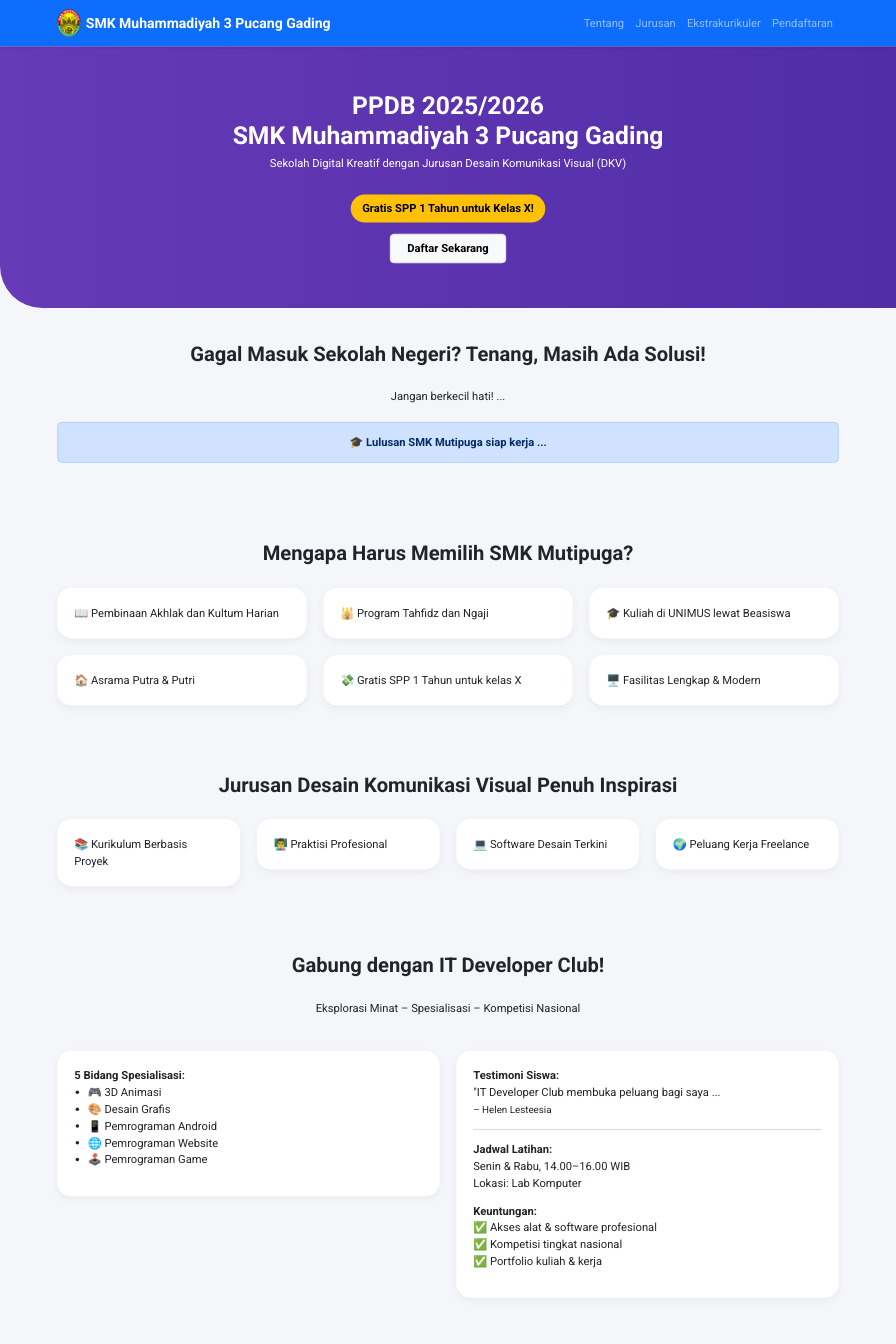
Repository: ppdbsmkmutipuga/ppdbsmkmutipuga.github.io
Page: index.html
An editor plug-in stored every save of this project. The page is shown before and after the next save, followed by the edit.
The browser window is 1280 px wide. The pictures show the part of the page from y = 0 to 1920 px (the page is 2771 px tall before and 2763 px after), at 70% of full size.

Above is the page before, as saved 2025-06-29 02:55:42.
Not found: main.js

After the next save:
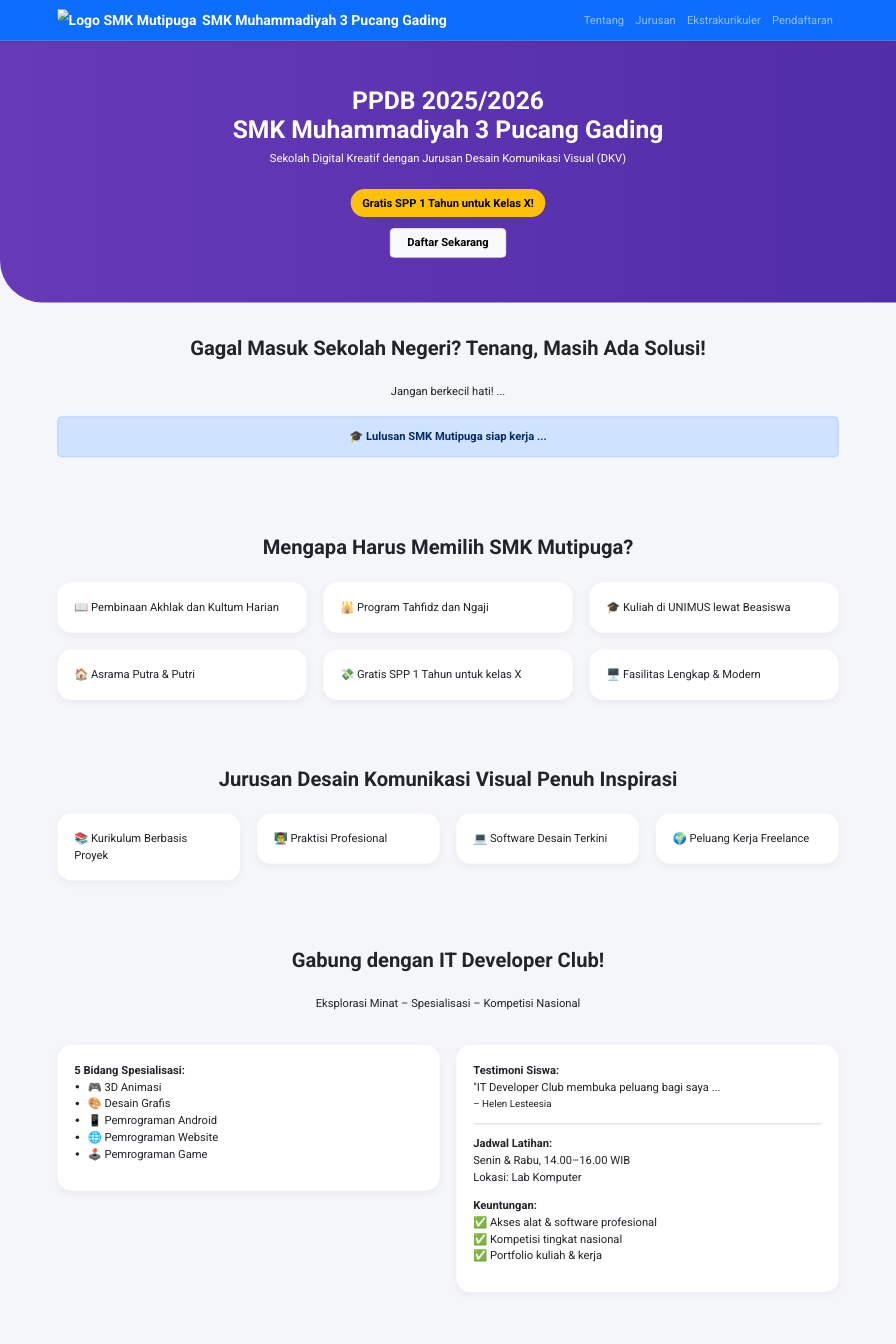
Not found: logo.png
Saved 76 s later.
--- a/index.html
+++ b/index.html
@@ -18,10 +18,12 @@
 <body>
     <nav class="navbar navbar-expand-lg navbar-dark bg-primary sticky-top shadow-sm">
         <div class="container">
-            <a class="navbar-brand fw-bold d-flex align-items-center gap-2" href="#">
-                <img src="images/logo.png" alt="Logo SMK Mutipuga" height="40">
-                SMK Muhammadiyah 3 Pucang Gading
+            <a class="navbar-brand fw-bold d-flex align-items-center" href="#">
+                <img src="logo.png" alt="Logo SMK Mutipuga" height="32" class="me-2">
+                <span class="d-none d-sm-inline">SMK Muhammadiyah 3 Pucang Gading</span>
+                <span class="d-inline d-sm-none">SMK Mutipuga</span>
             </a>
+
 
             <button class="navbar-toggler" type="button" data-bs-toggle="collapse" data-bs-target="#navMenu">
                 <span class="navbar-toggler-icon"></span>

After the save that followed:
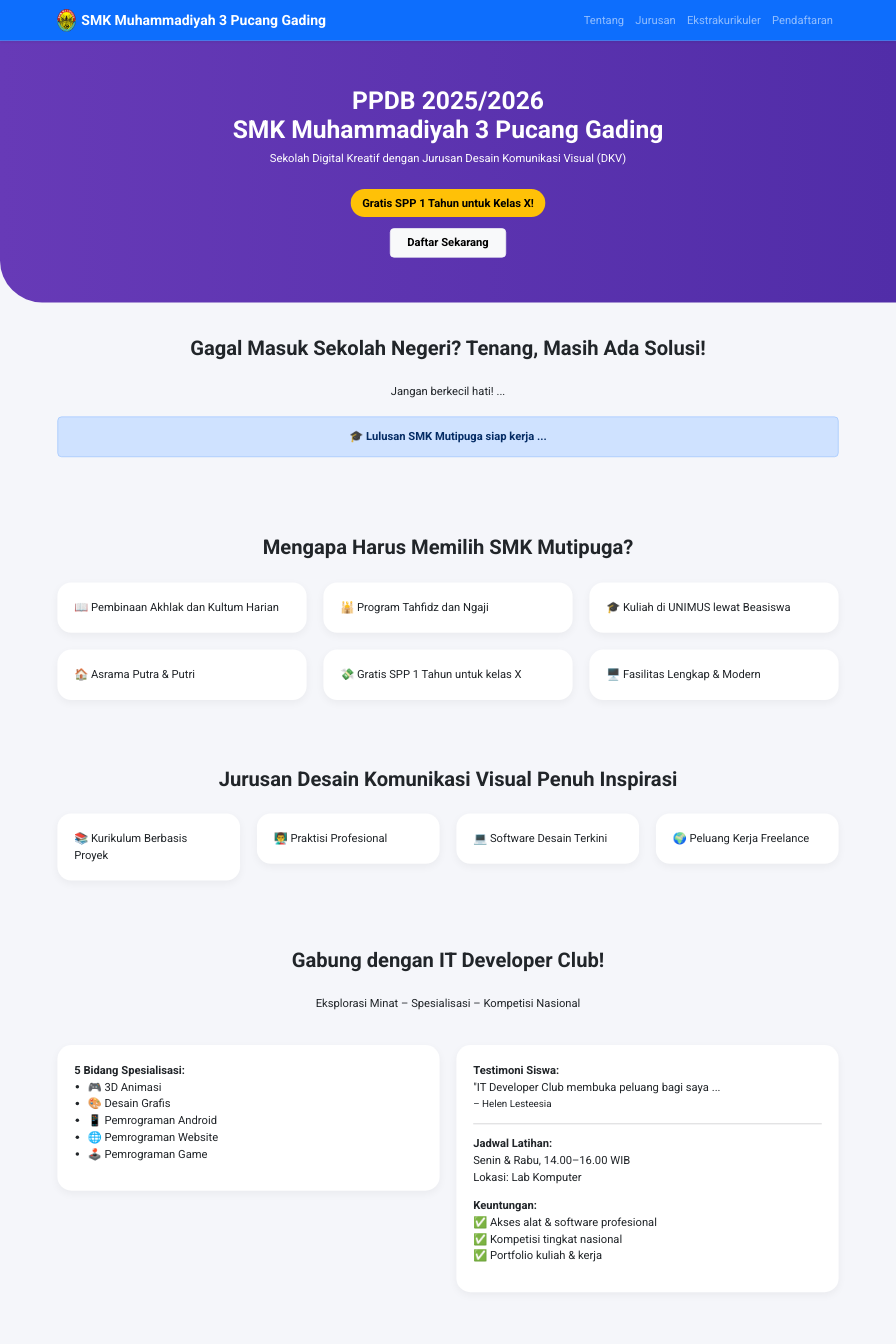
Saved 8 s later.
--- a/index.html
+++ b/index.html
@@ -19,7 +19,7 @@
     <nav class="navbar navbar-expand-lg navbar-dark bg-primary sticky-top shadow-sm">
         <div class="container">
             <a class="navbar-brand fw-bold d-flex align-items-center" href="#">
-                <img src="logo.png" alt="Logo SMK Mutipuga" height="32" class="me-2">
+                <img src="images/logo.png" alt="Logo SMK Mutipuga" height="32" class="me-2">
                 <span class="d-none d-sm-inline">SMK Muhammadiyah 3 Pucang Gading</span>
                 <span class="d-inline d-sm-none">SMK Mutipuga</span>
             </a>
